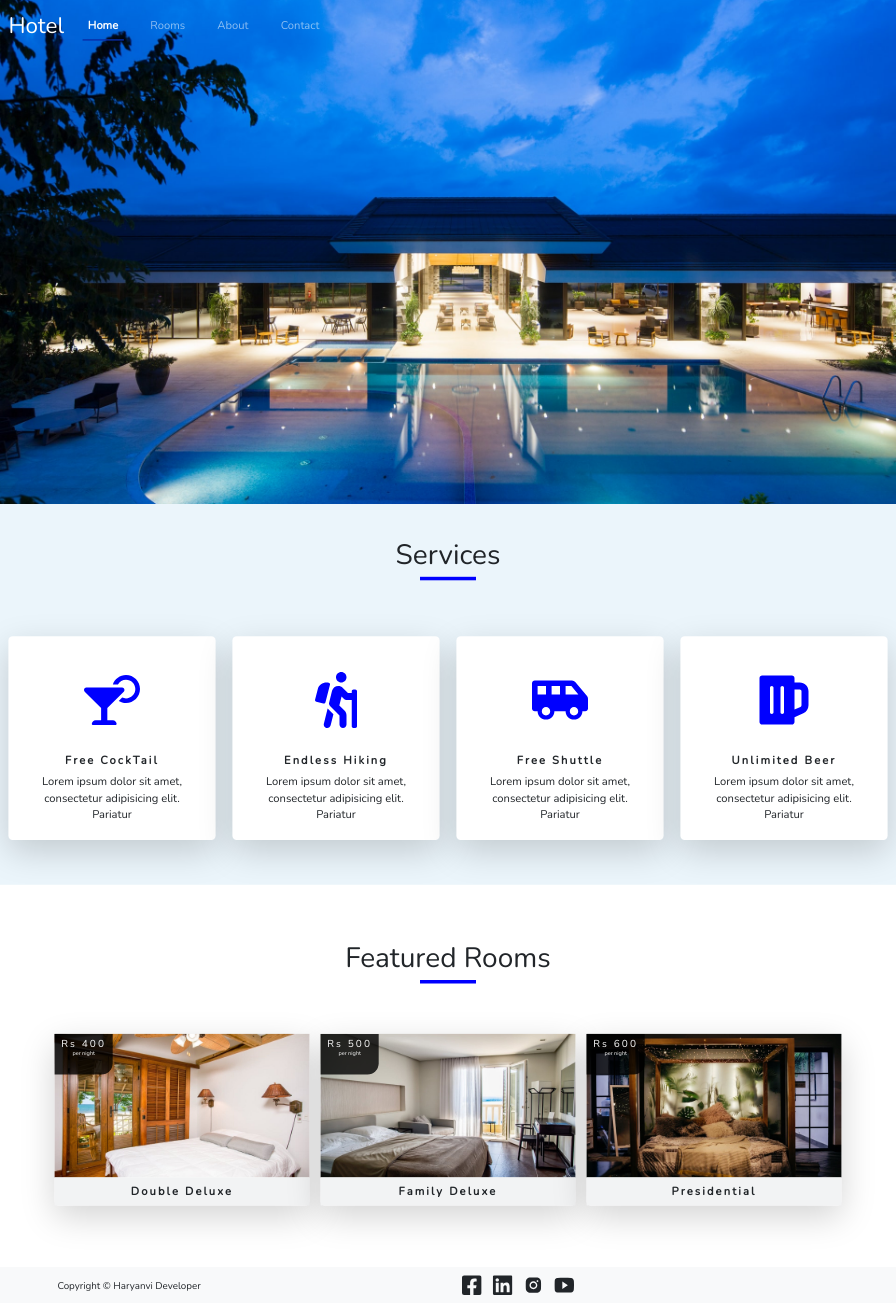
Repository: OmniaRafat232111121/Hotel-Booking-App
Page: /
These files come from the project's save history. The page is drawn as it stood at one moment and after the next save; the edit follows.
The browser window is 1280 px wide. The pictures show the whole page, at 70% of full size.
The project was rebuilt for these pictures with package versions that can differ from the ones it lists, and the page was loaded fresh each time. A package was used in the major version that the imports need, not the one package.json lists. Also part of the build but not shown: src/components/Banner.jsx, src/components/RoomsFilter.jsx, src/components/RoomsList.jsx, src/components/RoomsContainer.jsx, src/pages/Rooms.jsx, src/components/StyledHero.jsx, src/pages/SingleRoom.jsx, src/pages/Error.jsx and 3 more.

Above is the page before, as saved 2022-07-29 22:01:36.

After the next save:
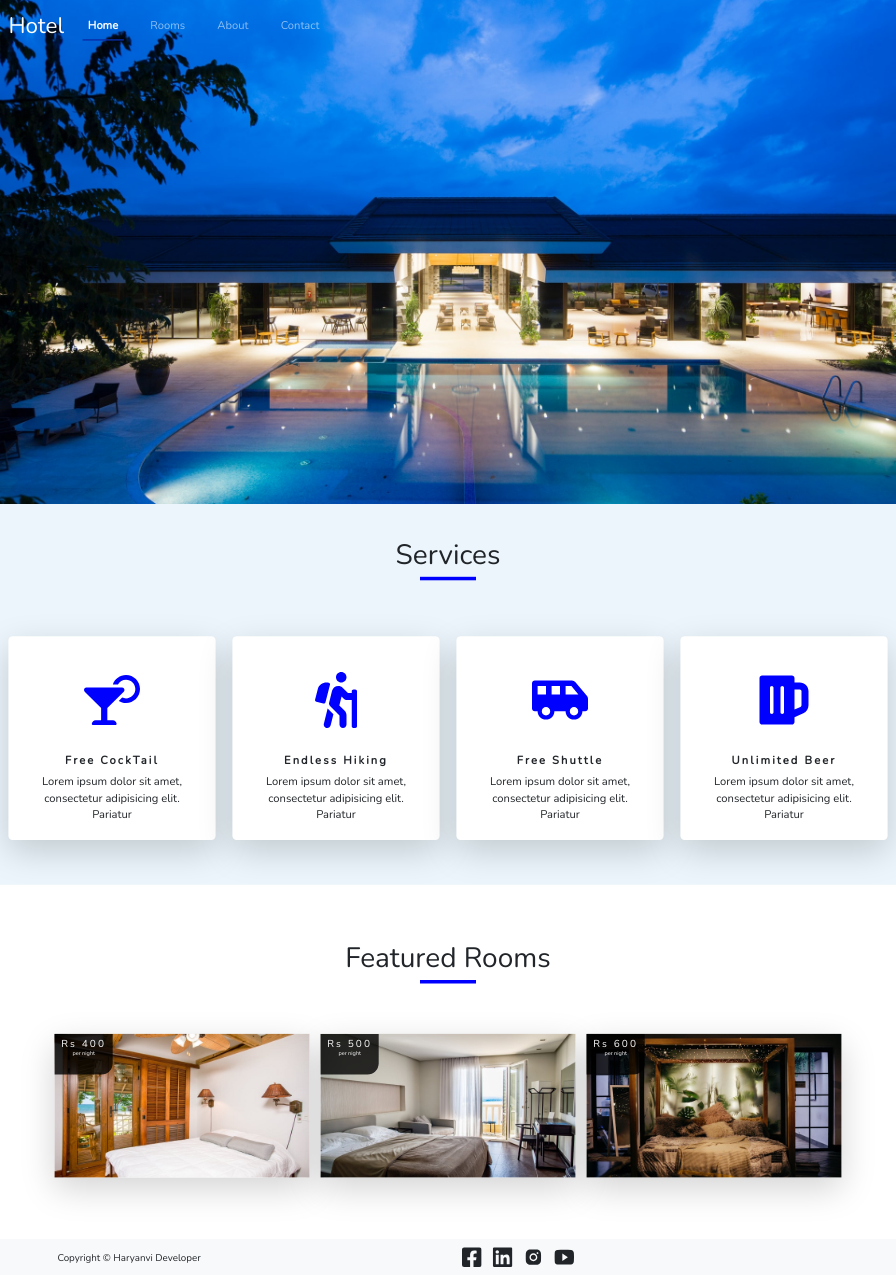
Saved 98 s later.
--- a/src/components/Room.jsx
+++ b/src/components/Room.jsx
@@ -13,8 +13,7 @@
                     <h6>Rs {price}</h6>
                     <p>per night</p>
                 </div>
-                <Link to={`/rooms/${slug}`} className="btn-warning room-link text-center" >Features</Link>
-              <p className="room-info">{name}</p>
+
             </div>
         </div>
     )

After the save that followed:
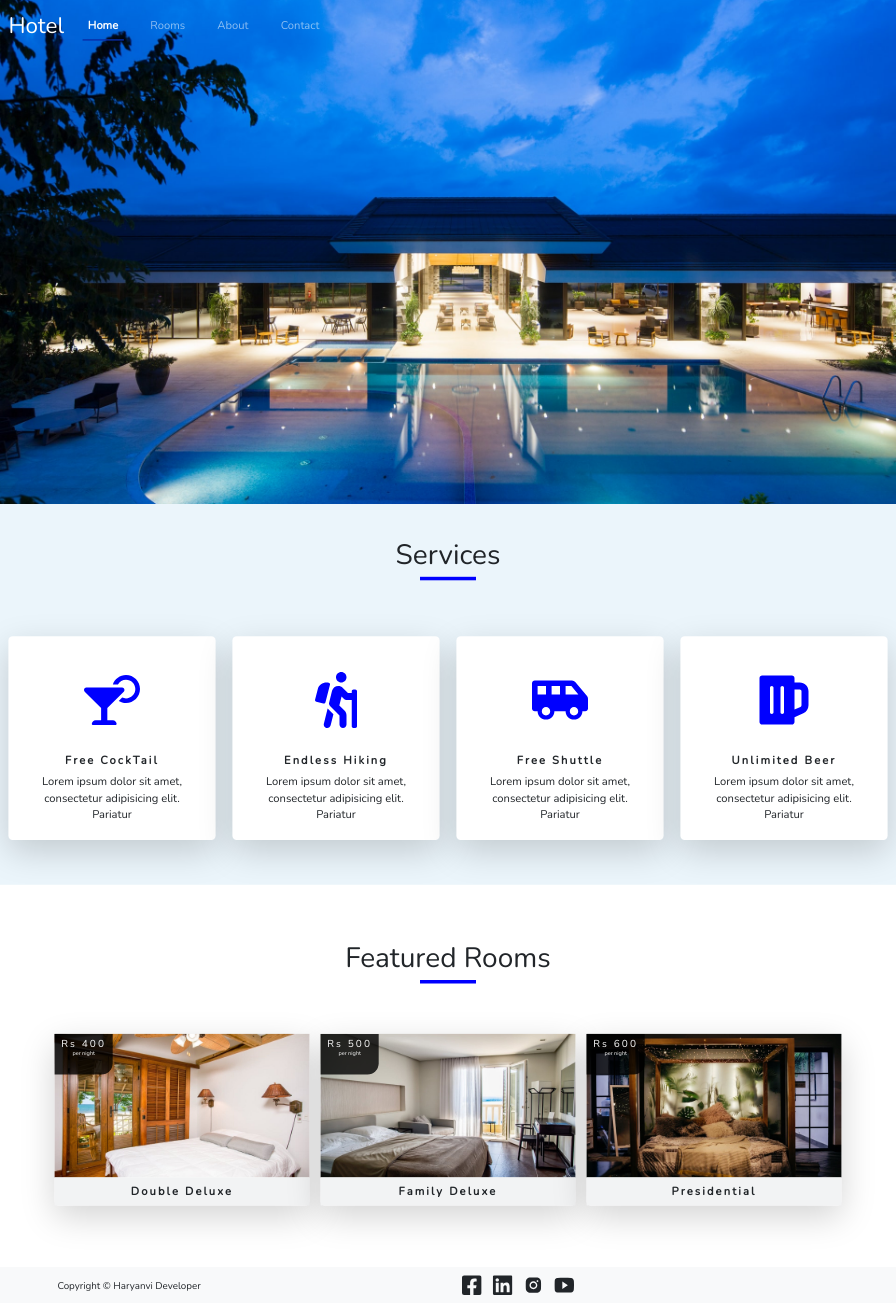
Saved 27 s later.
--- a/src/components/Room.jsx
+++ b/src/components/Room.jsx
@@ -13,7 +13,8 @@
                     <h6>Rs {price}</h6>
                     <p>per night</p>
                 </div>
-
+                <Link to={`/rooms/${slug}`} className="btn-warning room-link text-center" >Features</Link>
+              <p className="room-info">{name}</p>
             </div>
         </div>
     )
